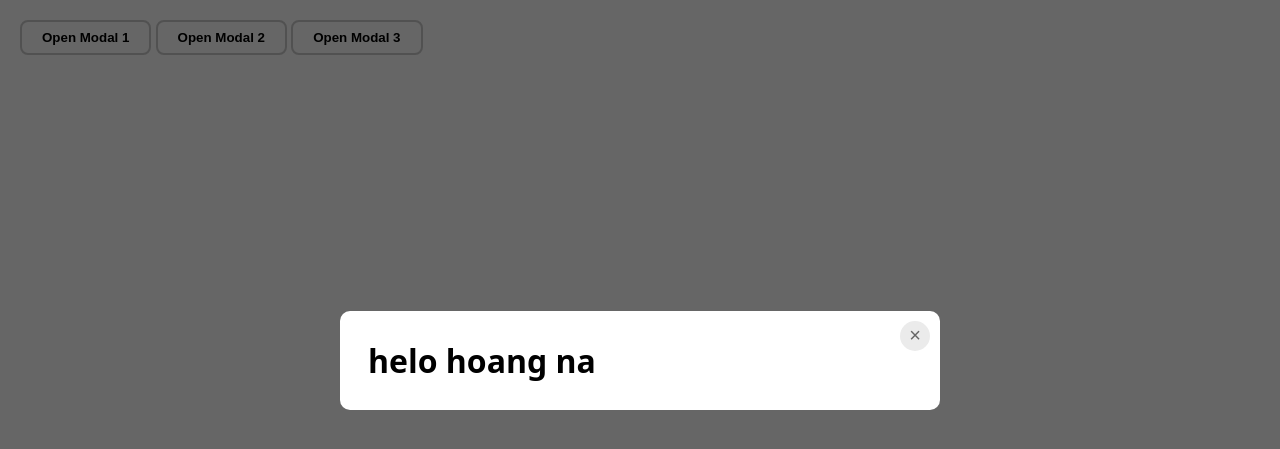
Repository: hoangan3526/Javascript-project
Page: index.html
An editor plug-in stored every save of this project. The page is shown before and after the next save, followed by the edit.
The browser window is 1280 px wide. The pictures show the whole page.
After loading, the first visible `#open-modal-1` was clicked once.

Above is the page before, as saved 2026-04-08 09:47:20.

After the next save:
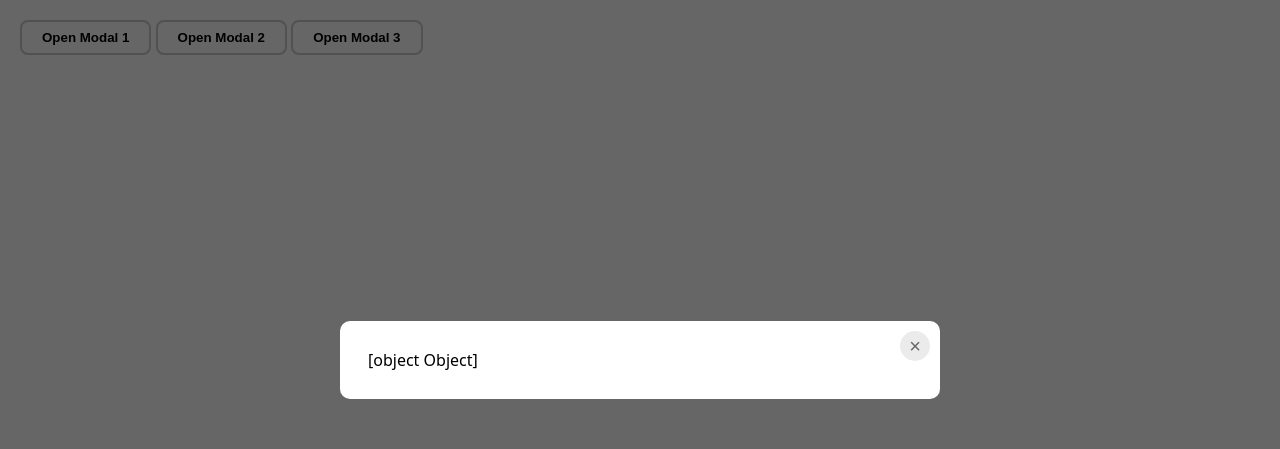
Saved 20 s later.
--- a/main.js
+++ b/main.js
@@ -51,5 +51,8 @@ function Modal(){
 const modal = new Modal();
 
 $('#open-modal-1').onclick = () =>{
-    modal.openModal("<h1>helo hoang na</h1>");
+    // modal.openModal("<h1>helo hoang na</h1>");
+    modal.openModal({
+        template : 'modal-1',
+    })
 }
